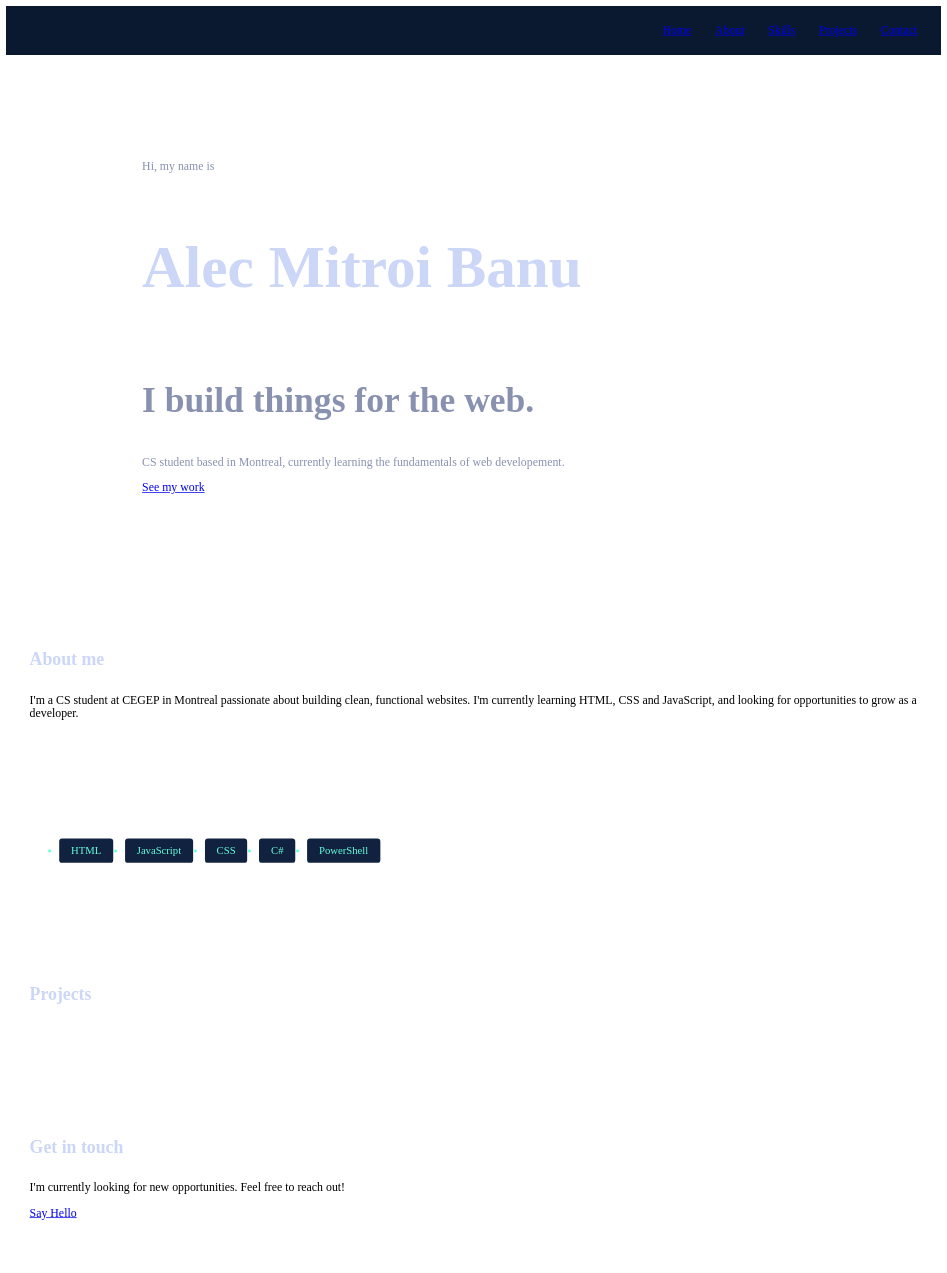
Repository: Alec-Banu/Alec-Banu
Page: index.html
The author's editor kept a copy of each file at every save. The page is drawn from the files as they stood at one save, then again after the next save.
The browser window is 1280 px wide. The pictures show the whole page, at 74% of full size.

Above is the page before, as saved 2026-04-22 13:49:46.

### index.html
<!doctype html>
<html lang="en">
  <head>
    <meta charset="UTF-8" />
    <meta name="viewport" content="width=device-width, initial-scale=1.0" />
    <title>Alec Mitroi Banu</title>
    <link rel="stylesheet" href="./styles/globals.css" />
    <link rel="stylesheet" href="./styles/index.css" />
  </head>
  <body>
    <!-- Nav  -->
    <nav>
      <a href="#hero">Home</a>
      <a href="#about">About</a>
      <a href="#skills">Skills</a>
      <a href="#projects">Projects</a>
      <a href="#contact">Contact</a>
    </nav>

    <!-- Hero  -->
    <section id="hero">
      <p>Hi, my name is</p>
      <h1>Alec Mitroi Banu</h1>
      <h2>I build things for the web.</h2>
      <p>
        CS student based in Montreal, currently learning the fundamentals of web
        developement.
      </p>
      <a href="#projects">See my work</a>
    </section>

    <!-- About  -->
    <section id="about">
      <h2>About me</h2>
      <p>
        I'm a CS student at CEGEP in Montreal passionate about building clean,
        functional websites. I'm currently learning HTML, CSS and JavaScript,
        and looking for opportunities to grow as a developer.
      </p>
    </section>

    <!-- Skills  -->
    <section id="skills">
      <ul>
        <li>HTML</li>
        <li>JavaScript</li>
        <li>CSS</li>
        <li>C#</li>
        <li>PowerShell</li>
      </ul>
    </section>

    <!-- Projects -->
    <section id="projects">
      <h2>Projects</h2>
    </section>

    <!-- Contact -->
    <section id="contact">
      <h2>Get in touch</h2>
      <p>
        I'm currently looking for new opportunities. Feel free to reach out!
      </p>
      <a href="mailto:alecbanu@yahoo.com">Say Hello</a>
    </section>
  </body>
</html>

### styles/index.css
nav {
  display: flex;
  gap: 2rem;
  padding: 1.5rem 2rem;
  justify-content: flex-end;
  position: sticky;
  top: 0;
  background-color: #0a192f;
}

#hero {
  min-height: 100vh;
  display: flex;
  flex-direction: column;
  justify-content: center;
  padding: 0 2rem;
  max-width: 56rem;
  margin: 0 auto;

  h1 {
    font-size: 2rem;
    color: #ccd6f6;
  }
  h2 {
    font-size: 1.5rem;
    color: #8892b0;
  }
  p {
    color: #8892b0;
    margin: 1rem 0;
  }
}

section {
  padding: 4rem 2rem;

  h2 {
    font-size: 1.5rem;
    margin-bottom: 2rem;
    color: #ccd6f6;
  }
}

#skills {
  ul {
    display: flex;
    flex-wrap: wrap;
    gap: 1rem;
  }
  li {
    background-color: #112240;
    color: #64ffda;
    padding: 0.5rem 1rem;
    border-radius: 0.25rem;
    font-size: 0.9rem;
  }
}

/* Tablet */

@media (min-width: 768px) {
  #hero h1 {
    font-size: 3.5rem;
  }
  #hero h2 {
    font-size: 2.5rem;
  }
}

/* Desktop */

@media (min-width: 1024px) {
  #hero h1 {
    font-size: 5rem;
  }
  #hero h2 {
    font-size: 3rem;
  }
}

Loaded but not shown: styles/globals.css (no stored copy; drawn as an empty file)

After the next save:
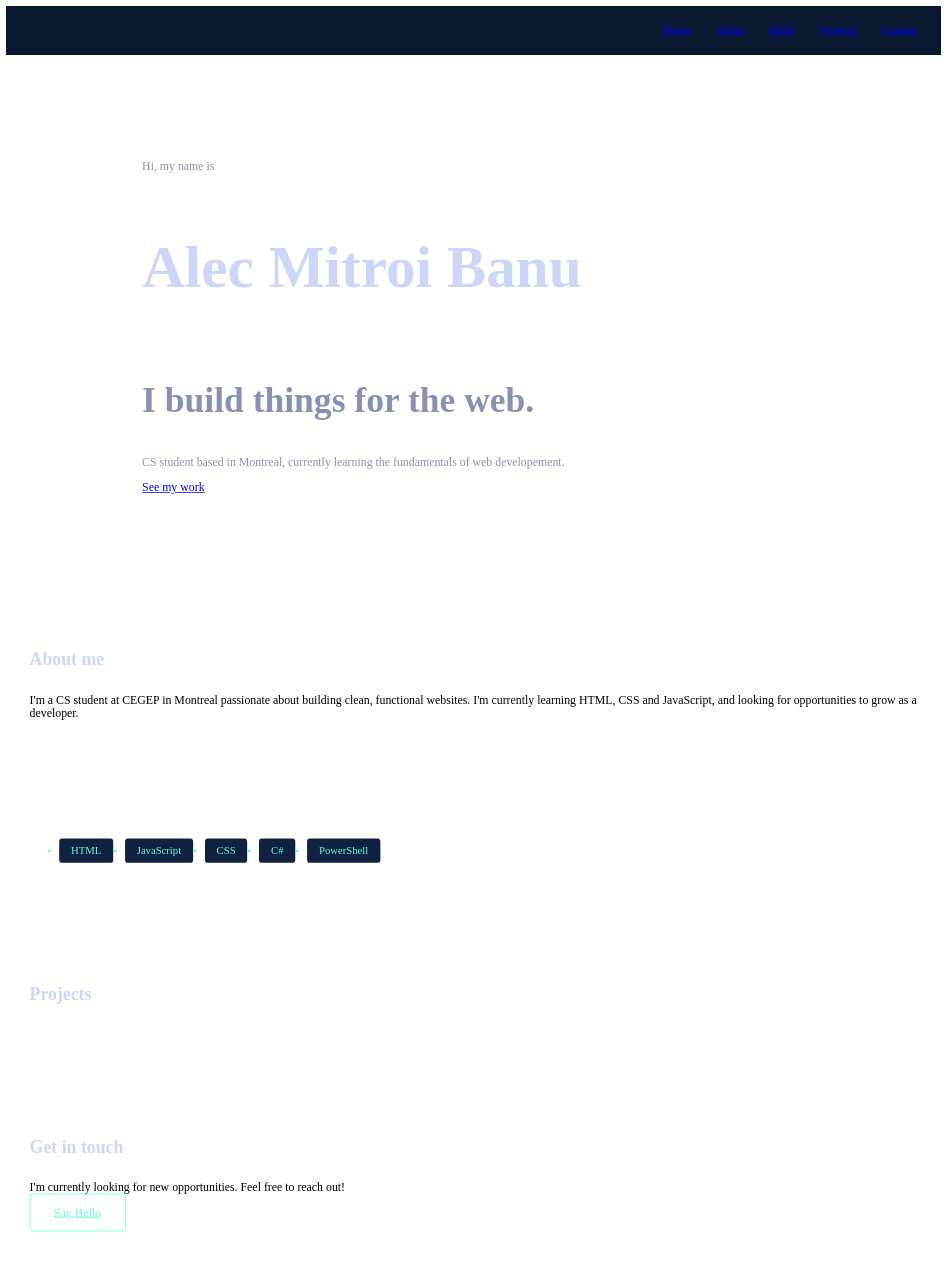
Saved 4 min 21 s later.
--- a/styles/index.css
+++ b/styles/index.css
@@ -56,6 +56,21 @@ section {
   }
 }
 
+#projects {
+}
+
+#contact {
+  a {
+    border: 0.1rem solid #64ffda;
+    color: #64ffda;
+    padding: 1rem 2rem;
+    border-radius: 0.25rem;
+  }
+  a:hover {
+    background-color: #64ffda1a;
+  }
+}
+
 /* Tablet */
 
 @media (min-width: 768px) {
